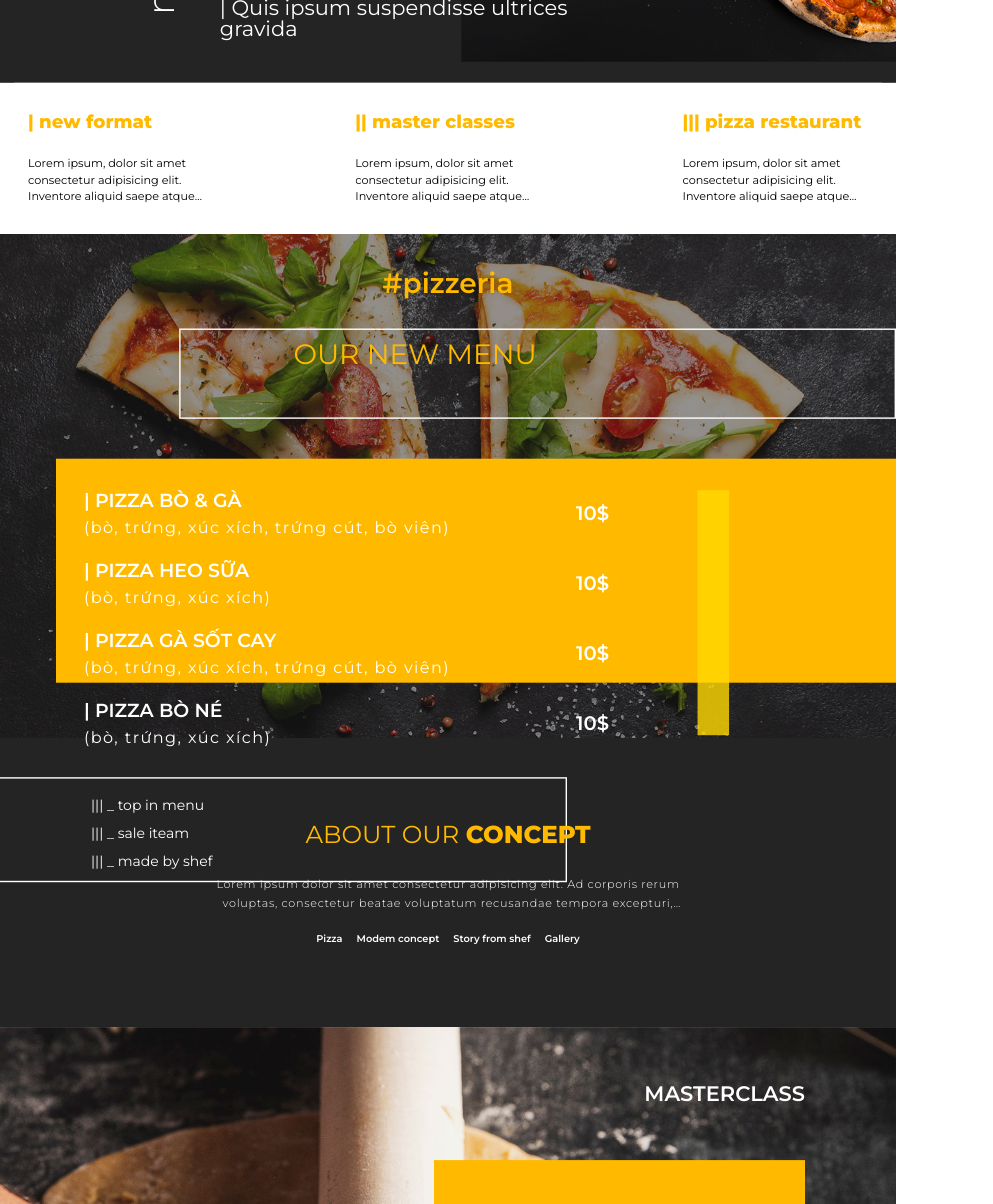
Repository: phu1204/pizzeria.github.io
Page: index.html
The author's editor kept a copy of each file at every save. The page is drawn from the files as they stood at one save, then again after the next save.
The browser window is 1280 px wide. The page is 1419 px wide, so the pictures cover 1419 px, including what lies to the right of the window. The pictures show the part of the page from y = 1106 to 2826 px (the page is 4798 px tall), at 70% of full size.
The style sheet was rebuilt from its Sass, Less or Tailwind sources for each picture, by a compiler version that may differ from the author's.

Above is the page before, as saved 2021-07-29 22:05:24.

### index.html
<!DOCTYPE html>
<html lang="en">
  <head>
    <meta charset="UTF-8" />
    <meta http-equiv="X-UA-Compatible" content="IE=edge" />
    <meta name="viewport" content="width=device-width, initial-scale=1.0" />
    <title>#pizzeria</title>
    <link rel = "icon" href =
    "images/pizza.png"
            type = "image/x-icon">
    <link rel="preconnect" href="https://fonts.googleapis.com">
    <link rel="preconnect" href="https://fonts.gstatic.com" crossorigin>
    <link href="https://fonts.googleapis.com/css2?family=Montserrat:wght@300;400;600;800&display=swap" rel="stylesheet">
    <link rel="stylesheet" href="https://cdnjs.cloudflare.com/ajax/libs/font-awesome/5.15.3/css/all.min.css">
    <link rel="stylesheet" href="reset.css">
    <link rel="stylesheet" href="style.css">

  </head>
  <body>
      <div class="wrapper">
        <div class="container">
          <header id="header" class="header">
             <a href="#" class="header-logo">#pizzeria.</a>
             <nav class="header-menu">
               <ul class="header-list">
                 <li class="header-item"><a href="#menu" class="header-link">Menu</a></li>
                 <li class="header-item"><a href="#blog" class="header-link">Blog</a></li>
                 <li class="header-item"><a href="#about" class="header-link">About us</a></li>
                 <li class="header-item"><a href="#contact" class="header-link">Contacts</a></li>

               </ul>
               <i class="fas fa-times header-times"></i>
             </nav>
             <div class="header-info">
                <button href="" class="header-icon icon-search"><i class="fas fa-search"></i></button>
                <a href="" class="header-icon"><i class="fas fa-user"></i></a>
                <a href="" class="header-icon"><i class="fas fa-shopping-cart"></i></a>
             </div>
             <div class="header-bar">
                <i class="fas fa-bars"></i>
             </div>

             <div class="header-search">
                <input type="text" class="header-input" placeholder="Search">
             </div>
          </header>

          <section class="intro">
            <div class="intro-content">
              <div class="intro-title">
                <span class="intro-name intro--grand">grand</span>
                <span class="intro-name intro--opening">opening</span>
              </div>
              <a href="" class="button intro-button">read more</a>
            </div>
          </section>
        </div>

          <section  class="format">

            <div class="format-top">
                <div class="format-content">
                    <div class="format-title">new format</div>
                    <div class="format-info">
                      <h2 class="format-new">What new?</h2>
                      <ul class="format-list">
                        <li class="format-item">| Sed do eiusmod tempor incididunt ut Labore et</li>
                        <li class="format-item">| Dolore magna aliqua</li>
                        <li class="format-item">| Quis ipsum suspendisse ultrices gravida</li>
                      </ul>
                    </div>
                </div>
                <img src="images/format.png" alt="" class="format-img">
            </div>

            <div class="format-bottom  reveal">
              <div class="format-column">
                <h3 class="format-head">| new format</h3>
                <p class="fotmat-desc text">Lorem ipsum, dolor sit amet consectetur adipisicing elit. Inventore aliquid saepe atque quaerat ipsam tempore, quae perferendis laudantium esse architecto quas sint quia beatae id alias, sed dicta reprehenderit asperiores.</p>
              </div>
              <div class="format-column">
                <h3 class="format-head">|| master classes</h3>
                <p class="fotmat-desc text">Lorem ipsum, dolor sit amet consectetur adipisicing elit. Inventore aliquid saepe atque quaerat ipsam tempore, quae perferendis laudantium esse architecto quas sint quia beatae id alias, sed dicta reprehenderit asperiores.</p>
              </div>
              <div class="format-column">
                <h3 class="format-head">||| pizza restaurant</h3>
                <p class="fotmat-desc text">Lorem ipsum, dolor sit amet consectetur adipisicing elit. Inventore aliquid saepe atque quaerat ipsam tempore, quae perferendis laudantium esse architecto quas sint quia beatae id alias, sed dicta reprehenderit asperiores.</p>
              </div>
            </div>

          </section>

          <section id="menu" class="menu">
            <div class="menu-heading">
              <h2 class="menu-title  reveal">#pizzeria</h2>
              <p class="menu-order  reveal">our new menu</p>
            </div>
            <div class="menu-list  reveal">
              <div class="menu-item">
                <div class="menu-name">
                    <h3 class="menu-name-order"> | pizza bò & gà</h3>
                    <p class="menu-desc">(bò, trứng, xúc xích, trứng cút, bò viên)</p>
                </div>
                <p class="menu-price">10$</p>
              </div>
              <div class="menu-item">
                <div class="menu-name">
                    <h3 class="menu-name-order">| pizza heo sữa</h3>
                    <p class="menu-desc">(bò, trứng, xúc xích)</p>
                </div>
                <p class="menu-price">10$</p>
              </div>
              <div class="menu-item">
                <div class="menu-name">
                    <h3 class="menu-name-order">| pizza gà sốt cay</h3>
                    <p class="menu-desc">(bò, trứng, xúc xích, trứng cút, bò viên)</p>
                </div>
                <p class="menu-price">10$</p>
              </div>
              <div class="menu-item">
               <div class="menu-name">
                    <h3 class="menu-name-order">| pizza bò né</h3>
                    <p class="menu-desc">(bò, trứng, xúc xích)</p>
                </div>
                <p class="menu-price">10$</p>
              </div>
           </div>
           <div class="menu-bottom reveal">
             <p class="menu-hightlight">||| _ top in menu</p>
             <p class="menu-hightlight">||| _ sale iteam</p>
             <p class="menu-hightlight">||| _ made by shef</p>
           </div>

          </section>

          <section id="about"  class="about">
              <div class="about-body">
                <h2 class="about-title reveal">about our <span>concept</span></h2>
                <p class="about-desc text reveal">Lorem ipsum dolor sit amet consectetur adipisicing elit. Ad corporis rerum voluptas, consectetur beatae voluptatum recusandae tempora excepturi, temporibus quo veritatis ratione atque accusantium ea delectus eos harum culpa enim!</p>
                <ul class="about-list reveal">
                  <li class="about-item"><a href="">Pizza</a></li>
                  <li class="about-item"><a href="">Modem concept</a></li>
                  <li class="about-item"><a href="">Story from shef</a></li>
                  <li class="about-item"><a href="">Gallery</a></li>
                </ul>
              </div>
          </section>

          <section id="blog" class="class">
            <div class="class-content">
              <div class="class-name">
                <h1 class="class-caption reveal">masterclass</h1>
              </div>
              <div class="class-body reveal">
                <h2 class="class-heading">| the recipe for the most delicious pizza dough |</h2>
                <p class="class-desc">waiting for you</p>
                <div class="class-price">
                  <p class="class-info">price_<span>15$</span></p>
                  <p class="class-info">12:00-15:00</p>
                </div>
              </div>
                <a href="" class="class-button reveal">apply</a>
            </div>
          </section>

          <section id="contact" class="gallery ">
            <h2 class="gallery-heading reveal">gallery</h2>
            <div class="gallery-img ">
              <img src="./images/pizzaleft.jpg" alt="" class="gallery-img-item reveal">
              <img src="./images/pizzacenter.jpg" alt="" class="gallery-img-item reveal">
              <img src="./images/pizzaright.jpg" alt="" class="gallery-img-item reveal">
            </div>

            <div class="gallery-bottom">
              <h2 class="gallery-title">#pizzeria.</h2>
              <div class="gallery-content">
                <div class="gallery-desc reveal">Lorem ipsum dolor sit amet consectetur, adipisicing. Dolores dolorum, quia consectetur iste officia eligendi! consectetur nemo, reiciendis repudiandae nesciunt dolor id numquam laborum temporibus fuga</div>

              <div class="gallery-contact">
                <div class="gallery-social reveal">
                  <p class="gallery-block">| find us here</p>
                  <div class="gallery-link">
                    <i class="fab fa-instagram"></i>

                    <i class="fab fa-facebook"></i>

                    <i class="fab fa-twitter"></i>

                    <i class="fab fa-whatsapp"></i>

                    <i class="fab fa-google"></i>
                  </div>

                </div>

                <div class="gallery-info reveal">
                  <p class="gallery-block">| ask us here</p>
                  <a href="" class="gallery-web">www.#pizzeria.com</a>

                </div>
              </div>
            </div>
          </div>
          </section>

          <a href="#" class="ontop" >
            <i class="fas fa-arrow-up"></i>
          </a>

          <footer id="footer" class="footer ">
            <div class="footer-about footer-repon reveal">
              <h3 class="footer-title">about</h3>
              <p class="footer-desc text">
                Lorem ipsum dolor, sit amet consectetur adipisicing elit. Amet magnam laudantium fuga sed aliquid doloremque quos repellendus quis. Est non laboriosam incidunt recusandae, sed natus dignissimos eaque pariatur culpa esse.
              </p>

            </div>

              <div class="footer-item footer-repon reveal">
                <h3 class="footer-title">menu</h3>

                <ul>
                  <li class="footer-link"><a href="" class="footer-item-link">Team</a></li>
                  <li class="footer-link"><a href="" class="footer-item-link">Join us</a></li>
                  <li class="footer-link"><a href="" class="footer-item-link">Ethic</a></li>
                  <li class="footer-link"><a href="" class="footer-item-link">Goals</a></li>
                </ul>
              </div>

              <div class="footer-item footer-repon reveal">
                <h3 class="footer-title">shef</h3>
                <ul>
                  <li class="footer-link"><a href="" class="footer-item-link">Team</a></li>
                  <li class="footer-link"><a href="" class="footer-item-link">Join us</a></li>
                  <li class="footer-link"><a href="" class="footer-item-link">Ethic</a></li>
                  <li class="footer-link"><a href="" class="footer-item-link">Goals</a></li>
                </ul>
              </div>

              <div class="footer-item footer-repon reveal">
                <h3 class="footer-title">contact</h3>
                <ul>
                  <li class="footer-link"><a href="" class="footer-item-link">Team</a></li>
                  <li class="footer-link"><a href="" class="footer-item-link">Join us</a></li>
                  <li class="footer-link"><a href="" class="footer-item-link">Ethic</a></li>
                  <li class="footer-link"><a href="" class="footer-item-link">Goals</a></li>
                </ul>
              </div>
        </footer>

      </div>
    <script type="text/javascript" src="https://cdnjs.cloudflare.com/ajax/libs/jquery/3.6.0/jquery.min.js"></script>
    <script src="js/main.js"></script>
    <script src="js/search.js"></script>

  </body>
</html>

### reset.css
html,
body,
div,
span,
applet,
object,
iframe,
h1,
h2,
h3,
h4,
h5,
h6,
p,
blockquote,
pre,
a,
abbr,
acronym,
address,
big,
cite,
code,
del,
dfn,
em,
img,
ins,
kbd,
q,
s,
samp,
small,
strike,
strong,
sub,
sup,
tt,
var,
b,
u,
i,
center,
dl,
dt,
dd,
ol,
ul,
li,
fieldset,
form,
label,
legend,
table,
caption,
tbody,
tfoot,
thead,
tr,
th,
td,
article,
aside,
canvas,
details,
embed,
figure,
figcaption,
footer,
header,
hgroup,
menu,
nav,
output,
ruby,
section,
summary,
time,
mark,
audio,
video {
  margin: 0;
  padding: 0;
  border: 0;
  font-size: 100%;
  font: inherit;
  vertical-align: baseline;
}
/* HTML5 display-role reset for older browsers */
article,
aside,
details,
figcaption,
figure,
footer,
header,
hgroup,
menu,
nav,
section {
  display: block;
}
body {
  line-height: 1;
}
ol,
ul {
  list-style: none;
}
blockquote,
q {
  quotes: none;
}
blockquote:before,
blockquote:after,
q:before,
q:after {
  content: "";
  content: none;
}
table {
  border-collapse: collapse;
  border-spacing: 0;
}
*,
*:before,
*:after {
  box-sizing: border-box;
}
/* using rem unit */
html {
  font-size: 62.5%;
}
a {
  text-decoration: none;
  color: white;
}
img {
  display: block;
  max-width: 100%;
}
body {
  font-family: "Montserrat", sans-serif;
  font-size: 16px;
  line-height: 1;
}
input,
button,
textarea,
select {
  outline: none;
  font-family: "Montserrat", sans-serif;
  font-size: 16px;
  line-height: 1;
}
input {
  line-height: normal;
}
button {
  cursor: pointer;
  border: none;
  outline: none;
  background-color: transparent;
}

### style.scss
@import"scss/global";
@import"scss/header";
@import"scss/variables";
@import"scss/intro";
@import"scss/format";
@import"scss/menu";
@import"scss/about";
@import"scss/class";
@import"scss/gallery";
@import"scss/footer";
@import"scss/animation";

### scss/_global.scss
.container{
  background: url(./images/hero-img.jpg) no-repeat center/cover;
  width: 100%;
  margin: 0 auto;
  height: 100vh;
  position: relative;
}

html{
  scroll-behavior: smooth;
  -webkit-overflow-scrolling: touch;
}

.wrapper{
  max-width: 100%;
  position: relative;

}

.button{
  padding: 20px 40px;
  border: 4px solid #fff;
  font-size: 30px;
  text-transform: uppercase;
  color: white;
  font-weight: 600;
}

.text{
  font-weight: 300;
  font-size: 16px;
  margin-top: 35px;
  line-height: 1.5;
  color: black;
  font-weight: 400;
  display:-webkit-box;
  -webkit-line-clamp:3;
  -webkit-box-orient: vertical;
  overflow: hidden;
  text-overflow: ellipsis;
  word-break: break-word;
}

@media screen and (max-width: 1279px) {
  .container {

      background-position: top;
      height: 960px;
  }
}

@media screen and (max-width: 1023px) {
  .container {
    background-position: top;
    height: 960px;
}
}

@media screen and (max-width: 767px) {
  .container {
    background-size: auto 800px;
    background-position: center;
    height: 800px;
    background-color: #242424;
}
}


.reveal{
  opacity: 0;
  transform: translateY(100%);
  transition: all 0.4s linear;
}

.reveal.active{
  opacity: 1;
  transform: translateY(0);
  transition: all 0.3s linear;
  // .gallery-title::before{
  //     display: none;
  // }
}

.ontop{
  position: fixed;
  right: 60px;
  z-index: 99;
  bottom: 80px;
  width: fit-content;
  background-color: #ffba00;
  border-radius: 100rem;
  cursor: pointer;
  i{
     padding: 18px;
     font-size: 15px;
     color: white;
  }
  display: none;
  animation: bottotop 0.4s linear;
}

@media screen and (max-width: 1023px) {
  .ontop{
    right: 30px;
  }
}

### scss/_variables.scss
$black-gray: #242424;

### scss/_menu.scss
.menu{
  background: url(./images/menu.jpg) no-repeat center/cover;
  width: 100%;
  height: 100vh;
  position: relative;
  display: flex;
  flex-direction: column;
  align-items: center;
  padding: 50px 0;
  color: white;
  &-heading{
      width: 100%;
      text-align: center;
  }
  &-title{
      font-size: 40px;
      color: #ffba00;
      margin-bottom: 45px;
      font-weight: 600;
  }

  &-order{
    font-size: 40px;
    color: #ffba00;
    width: 80%;
    text-align: center;
    padding: 15px 350px 70px 0;
    margin-left: auto;
    border: 2px solid white;
    text-transform: uppercase;
    margin-bottom: 12px;
  }

  &-list {
      width: 1200px;
      margin-left: auto;
      padding: 60px 50px 0 40px;
      margin-bottom: 50px;
      position: relative;
      z-index: 2;
      max-width: 100%;
  }

  &-list::before{
    content: "";
    position: absolute;
    width: 100%;
    height: 320px;
    background-color: #ffba00;
    z-index: -2;
    // transform: translate(-50%,-50%);
    top: 45px;
    left: 0;
    }

    &-list::after{
        content: "";
        position: absolute;
        width: 45px;
        height: 350px;
        background-color: rgba(255, 217, 0, 0.801);

        top: calc(50% + 35px);
        right:  18%;
        transform: translate(-50%,-50%);
        z-index: -1;
    }

  &-item{
      display: flex;
      align-items: center;
      justify-content: space-between;
      line-height: 1.5;
      width: 750px;
      max-width: 100%;
  }

  &-desc{
      font-size: 23px;
      letter-spacing: 2px;
  }

  &-name-order{
      text-transform: uppercase;
      font-size: 27px;
      font-weight: 600;
  }

  &-item{
        margin-top: 25px;
  }

  &-price{
      font-size: 28px;
      font-weight: 600;
  }

  &-bottom{
    width: 1100px;
    margin-left: auto;
    padding-top: 20px;

    margin-bottom: 70px;
    position: relative;
    right: 50px;
  }

  &-bottom::before{
    content: "";
    position: absolute;
    background-color: transparent;
    width: 1000px;
    height: 150px;
    border: 2px solid white;
    transform: translate(-32%,-20%);
  }

  &-hightlight{
      font-size: 20px;
  }

  &-hightlight:not(:first-child){
    margin-top: 20px;
}

  @media screen and (max-width: 1279px) {
    height: 80vh;
    &-bottom{
      padding-left: 50px;
      margin-right: auto;
      right: 0;
    }

    &-title{
      margin-bottom: 50px;
    }
    &-order{
      margin-bottom: 40px;
    }

    &-list{
      margin-bottom: 120px;
    }
  }

  @media screen and (max-width: 1023px) {
      height: 85vh;
      &-title{
        margin-bottom: 50px;
      }
      &-order{
        margin-bottom: 0;
        padding: 15px 195px 50px 0;
        font-size: 35px;
      }

      &-name-order{
        font-size: 22px;
      }
      &-list{
        margin-bottom: 70px;
        padding-top: 65px;
      }
      &-list::before{
        height: 280px;
      }
      &-item{
        width: 650px;
        margin-top: 20px;
      }
      &-desc{
        font-size: 18px;
      }
      &-bottom::before{
        width: 750px;
      }

  }

  @media screen and (max-width: 767px) {
    height: 100vh;
    &-heading{
      padding: 0 5px;
    }
    &-order{
      padding: 5px 5px;
      width: 100%;
      font-size: 30px;
    }
    &-desc{
      display: none;
    }
    &-list{
        padding: 50px 25px 0 10px;
        max-width: 100%;
    }
    &-list::after{
      height: 310px;
      top: 10%;
      right: 3%;
    }
    &-bottom{
      max-width: 100%;
    }
    &-bottom::before{
      max-width: 100%;
      transform: none;
      left: 0;
      top: 0;
    }
  }




}

### scss/_about.scss
.about{
    padding: 120px 20px;
    display: flex;
    flex-direction: column;
    justify-content: center;
    align-items: center;
    text-align: center;
    background-color: #242424;
    max-width: 100%;
    &-body{
        width: 700px;
    }
    &-title{
        margin-bottom: 40px;
        font-size: 35px;
        text-transform: uppercase;
        color: #ffba00;
        span{
            font-weight: 800;

        }
    }

    &-desc{
        margin-bottom: 30px;
        font-weight: 200;
        line-height: 1.7;
        display:-webkit-box;
        -webkit-line-clamp:2;
        -webkit-box-orient: vertical;
        overflow: hidden;
        text-overflow: ellipsis;
        word-break: break-word;
        color: white;
        letter-spacing: 1px;
    }

    &-list{
        display: flex;
        align-items: center;
        justify-content: center;
    }

    &-item{
        margin: 0 10px;
        font-size: 14px;
        font-weight: 600;
    }
    @media screen and (max-width: 767px) {
        padding: 100px 20px;
        &-body{
            max-width: 100%;
        }
        &-item{
            font-size: 10px;
        }

    }

}

### scss/_footer.scss
.footer {
  padding: 70px 100px;
  color: white;
  display: flex;
  align-items: center;
  justify-content: center;
  background-color: #483500;
  max-width: 100%;
  flex-wrap: wrap;

  &-about{
      width: 280px;
      margin-right: 180px;
  }

  &-item:not(:last-child){
      margin-right: 150px;
  }
  &-item{
      line-height: 1.5;
  }

  &-desc{
      color: white;
      line-height: 1.5;
  }

  &-title{
      margin-bottom: 35px;
      font-size: 17px;
      font-weight: 600;
      text-transform: uppercase;
  }
  @media screen and (max-width: 767px) {
      padding: 0 0 0 10px;
    //   gap: 10px;
    &-title {
        margin-bottom: 10px;
    }
    &-repon{
        flex: 1 1 50%;
        width: 100%;
        padding: 10px;
    }
    &-about{
        margin-right: 0;
    }
    &-item:not(:last-child){
        margin-right: 0;
    }
  }

}

### scss/_animation.scss
@keyframes lefttoright{
    from{
        opacity: 0;
        transform: translateX(-100%);
    }
    to{
        opacity: 1;
        transform: translateX(0);
     }
}

@keyframes righttoleft{
    from{
        opacity: 0;
        transform: translateX(100%);
    }
    to{
        opacity: 1;
        transform: translateX(0);
     }
}

@keyframes bottotop{
    from{
        opacity: 0;
        transform: translateY(100%);
    }
    to{
        opacity: 1;
        transform: translateX(0);
     }
}

@keyframes toptobot{
    from{
        opacity: 0;
        transform: translateY(-200%);
    }
    to{
        opacity: 1;
        transform: translateX(0);
     }
}

@keyframes fadeOut{
    from{
        opacity: 0;
        transform: scale(1);
    }
    to{
        opacity: 1;
        transform: scale(0);
     }
}

Loaded but not shown: js/main.js (59 lines, source omitted); js/search.js (6 lines, source omitted); scss/_header.scss (236 lines, source omitted); scss/_format.scss (210 lines, source omitted); scss/_gallery.scss (165 lines, source omitted); scss/_intro.scss (107 lines, source omitted); scss/_class.scss (102 lines, source omitted)

After the next save:
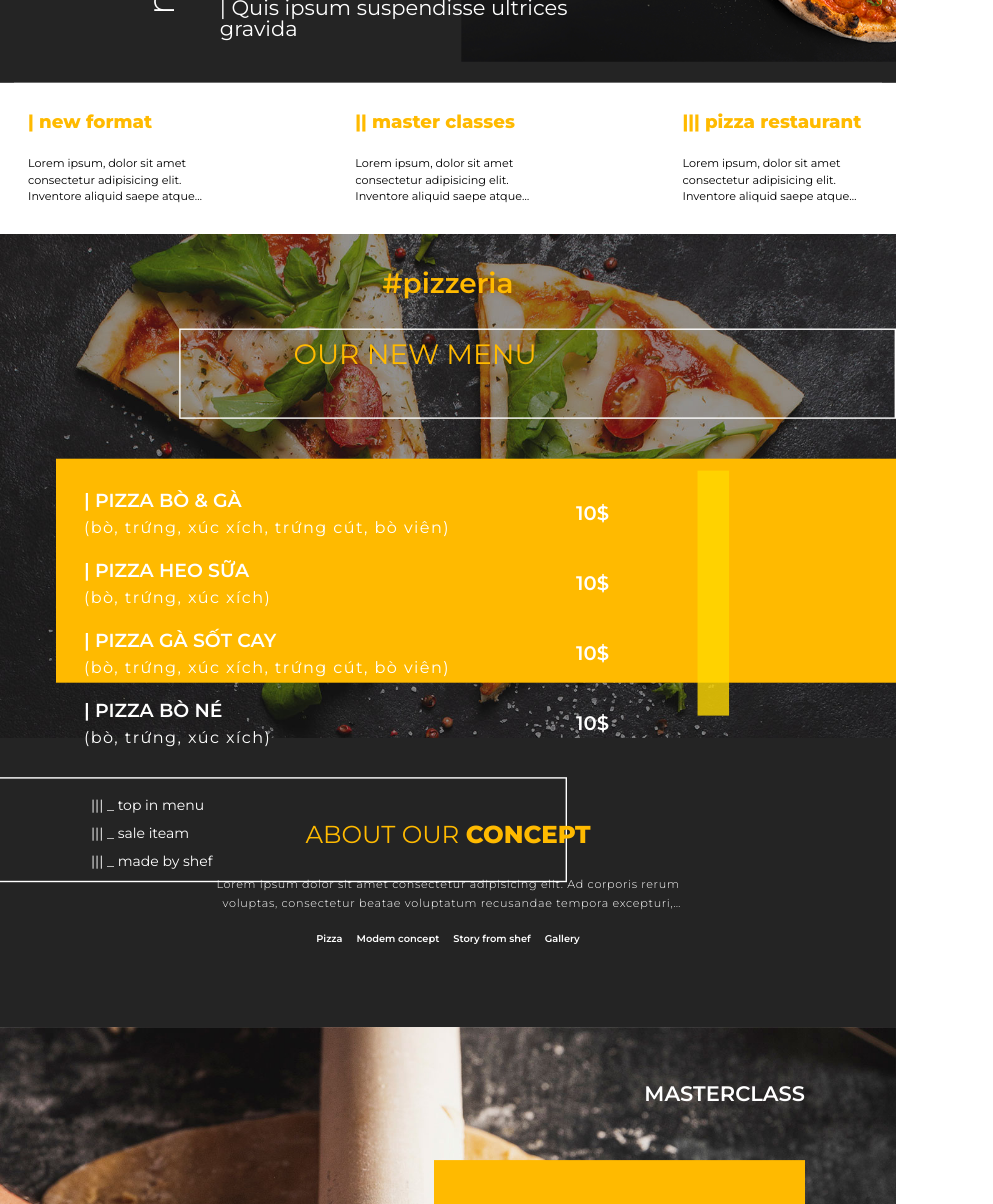
Saved 7 s later.
--- a/scss/_menu.scss
+++ b/scss/_menu.scss
@@ -60,7 +60,7 @@
         height: 350px;
         background-color: rgba(255, 217, 0, 0.801);
 
-        top: calc(50% + 35px);
+        top: calc(50% + 7px);
         right:  18%;
         transform: translate(-50%,-50%);
         z-index: -1;
